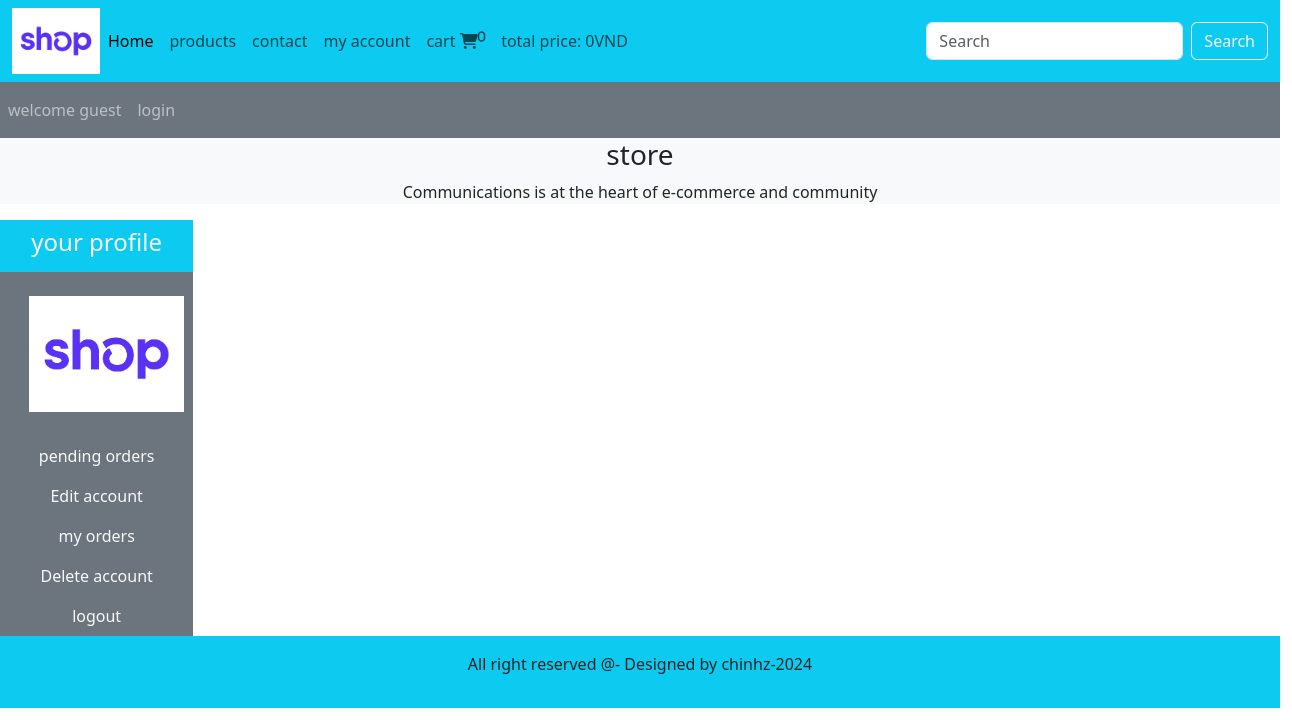
Repository: hahuuchinh2501/ecommerce_web
Page: http://localhost/users_area/profile.php
These files come from the project's save history. The page is drawn as it stood at one moment and after the next save; the edit follows.
The browser window is 1280 px wide. The page is 1292 px wide, so the pictures cover 1292 px, including what lies to the right of the window. The pictures show the whole page.
The page is run by PHP 8.4 with error messages shown; the project is at /var/www/html/. Queries for data that is not in the repository find no rows.

Above is the page before, as saved 2025-03-03 15:35:42.

After the next save:
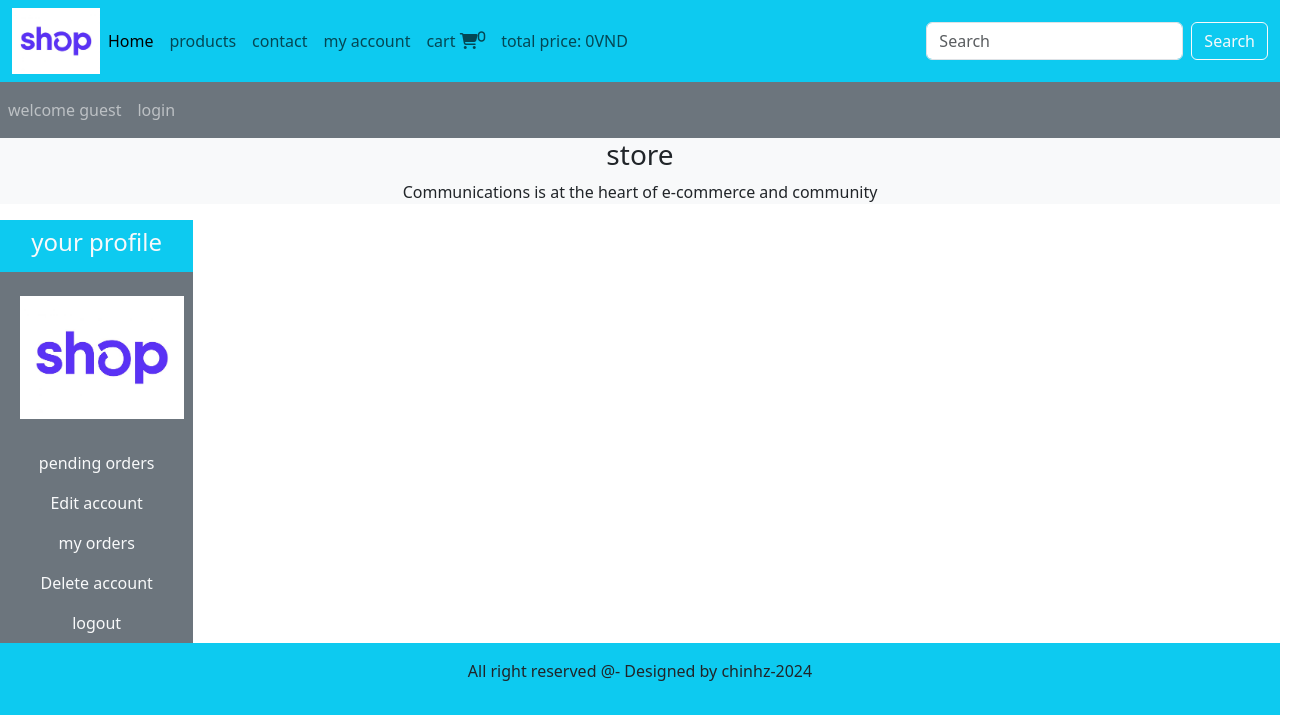
Saved 17 s later.
--- a/users_area/profile.php
+++ b/users_area/profile.php
@@ -30,7 +30,7 @@
         height: 100%;
         margin: auto;
         display: block;
-        padding-left: 10%;
+        padding-left: 10px;
 
     }
 </style>
